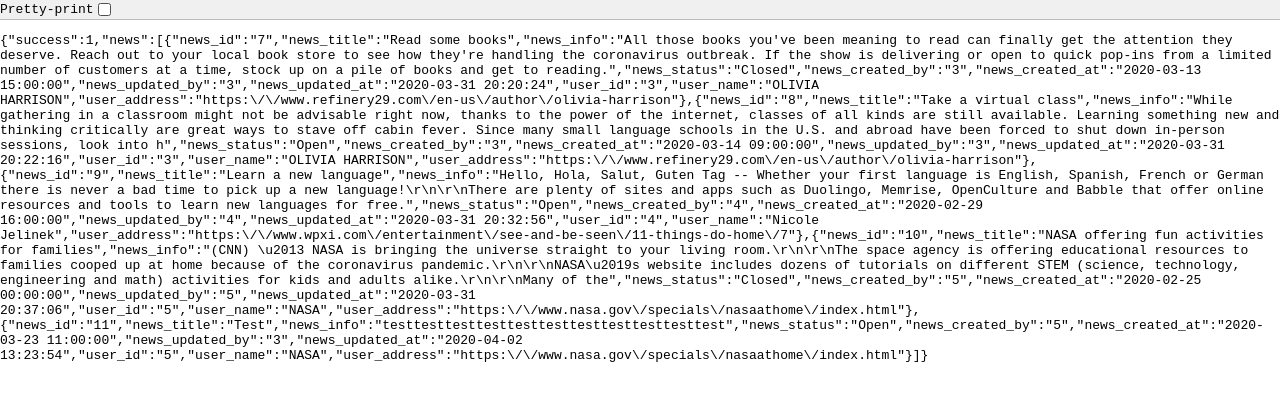
Repository: rubaabu/Fullstack-bitberry
Page: http://localhost/server/read.php
The author's editor kept a copy of each file at every save. The page is drawn from the files as they stood at one save, then again after the next save.
The browser window is 1280 px wide. The pictures show the whole page.
The page is run by PHP 8.4 with error messages shown; the project is at /var/www/html/. The database holds what the project's SQL file puts in it.

Above is the page before, as saved 2020-03-31 18:55:46.

### server/read.php
<?php
header("Access-Control-Allow-Origin: *");
header("Content-Type: application/json; charset=UTF-8");
header("Access-Control-Allow-Methods: GET");

require './DBsetup.php';


$allUsers = mysqli_query($conn,"SELECT * FROM news JOIN user ON news_created_by=user_id");

if(mysqli_num_rows($allUsers) > 0){
    $all_users = mysqli_fetch_all($allUsers,MYSQLI_ASSOC);
    echo json_encode(["success"=>1,"news"=>$all_users]);
}
else{
    echo json_encode(["success"=>0]);
}

### server/DBsetup.php
<?php

        $host = 'localhost';
        $db_name = 'covid-19';
        $username = 'root';
        $password = '';

        $conn= mysqli_connect($host, $username, $password, $db_name);
        if ($conn->connect_error) {
            $conn= null;
        }


?>

### server/DB/bitberry.sql (the tables this page reads)
CREATE TABLE `news` (
  `news_id` int(11) NOT NULL,
  `news_title` varchar(100) NOT NULL,
  `news_info` varchar(350) NOT NULL,
  `news_status` enum('Open','Closed') NOT NULL,
  `news_created_by` int(11) NOT NULL,
  `news_created_at` datetime NOT NULL,
  `news_updated_by` int(11) NOT NULL,
  `news_updated_at` timestamp NOT NULL DEFAULT current_timestamp() ON UPDATE current_timestamp()
) ENGINE=InnoDB DEFAULT CHARSET=utf8;

INSERT INTO `news` (`news_id`, `news_title`, `news_info`, `news_status`, `news_created_by`, `news_created_at`, `news_updated_by`, `news_updated_at`) VALUES
(7, 'Read some books', 'All those books you\'ve been meaning to read can finally get the attention they deserve. Reach out to your local book store to see how they\'re handling the coronavirus outbreak. If the show is delivering or open to quick pop-ins from a limited number of customers at a time, stock up on a pile of books and get to reading.', 'Closed', 3, '2020-03-13 15:00:00', 3, '2020-03-31 20:20:24'),
(8, 'Take a virtual class', 'While gathering in a classroom might not be advisable right now, thanks to the power of the internet, classes of all kinds are still available. Learning something new and thinking critically are great ways to stave off cabin fever. Since many small language schools in the U.S. and abroad have been forced to shut down in-person sessions, look into h', 'Open', 3, '2020-03-14 09:00:00', 3, '2020-03-31 20:22:16'),
(9, 'Learn a new language', 'Hello, Hola, Salut, Guten Tag -- Whether your first language is English, Spanish, French or German there is never a bad time to pick up a new language!\r\n\r\nThere are plenty of sites and apps such as Duolingo, Memrise, OpenCulture and Babble that offer online resources and tools to learn new languages for free.', 'Open', 4, '2020-02-29 16:00:00', 4, '2020-03-31 20:32:56'),
(10, 'NASA offering fun activities for families', '(CNN) – NASA is bringing the universe straight to your living room.\r\n\r\nThe space agency is offering educational resources to families cooped up at home because of the coronavirus pandemic.\r\n\r\nNASA’s website includes dozens of tutorials on different STEM (science, technology, engineering and math) activities for kids and adults alike.\r\n\r\nMany of the', 'Closed', 5, '2020-02-25 00:00:00', 5, '2020-03-31 20:37:06'),
(11, 'Test', 'testtesttesttesttesttesttesttesttesttesttest', 'Open', 5, '2020-03-23 11:00:00', 3, '2020-04-02 13:23:54');

ALTER TABLE `news`
  ADD PRIMARY KEY (`news_id`),
  ADD KEY `news_created_by` (`news_created_by`),
  ADD KEY `news_updated_by` (`news_updated_by`);

ALTER TABLE `news`
  MODIFY `news_id` int(11) NOT NULL AUTO_INCREMENT, AUTO_INCREMENT=12;

ALTER TABLE `news`
  ADD CONSTRAINT `news_ibfk_1` FOREIGN KEY (`news_created_by`) REFERENCES `user` (`user_id`),
  ADD CONSTRAINT `news_ibfk_2` FOREIGN KEY (`news_updated_by`) REFERENCES `user` (`user_id`);

CREATE TABLE `user` (
  `user_id` int(11) NOT NULL,
  `user_name` varchar(70) NOT NULL,
  `user_address` varchar(150) NOT NULL
) ENGINE=InnoDB DEFAULT CHARSET=utf8;

INSERT INTO `user` (`user_id`, `user_name`, `user_address`) VALUES
(3, 'OLIVIA HARRISON', 'https://www.refinery29.com/en-us/author/olivia-harrison'),
(4, 'Nicole Jelinek', 'https://www.wpxi.com/entertainment/see-and-be-seen/11-things-do-home/7'),
(5, 'NASA', 'https://www.nasa.gov/specials/nasaathome/index.html');

ALTER TABLE `user`
  ADD PRIMARY KEY (`user_id`);

ALTER TABLE `user`
  MODIFY `user_id` int(11) NOT NULL AUTO_INCREMENT, AUTO_INCREMENT=6;

### server/header.php
<?php

header("Access-Control-Allow-Origin: *");
header("Access-Control-Allow-Headers: access");

After the next save:
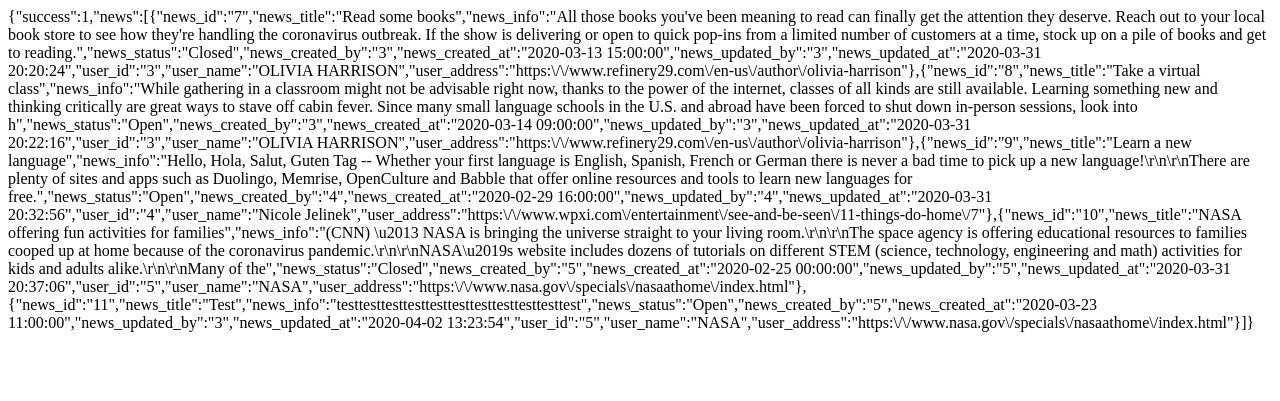
Saved 21 s later.
--- a/server/read.php
+++ b/server/read.php
@@ -1,6 +1,5 @@
 <?php
-header("Access-Control-Allow-Origin: *");
-header("Content-Type: application/json; charset=UTF-8");
+require './header.php';
 header("Access-Control-Allow-Methods: GET");
 
 require './DBsetup.php';

After the 2 saves that followed:
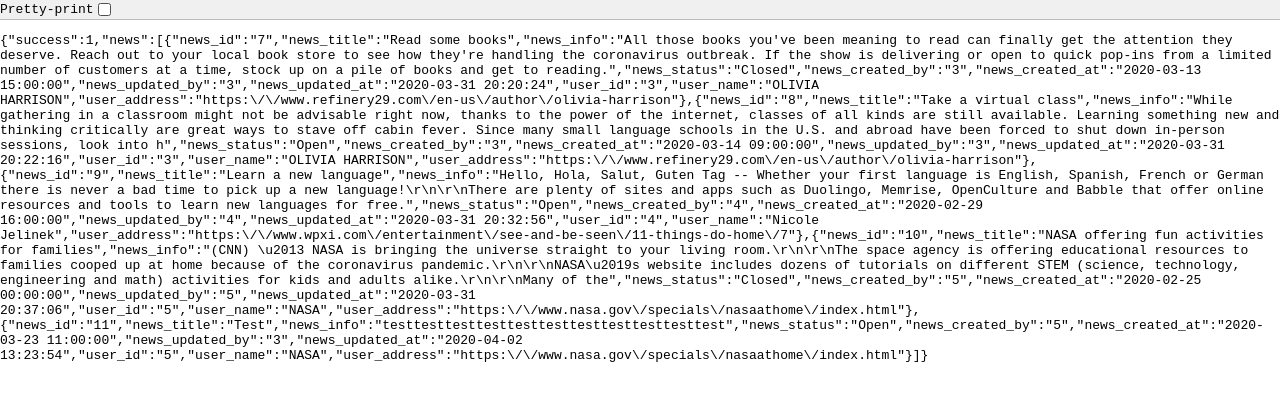
The 2 saves are shown as one change because 1 left the picture as it was.
The last was saved 83 s later.
--- a/server/read.php
+++ b/server/read.php
@@ -1,5 +1,5 @@
 <?php
-require './header.php';
+include_once './header.php';
 header("Access-Control-Allow-Methods: GET");
 
 require './DBsetup.php';
--- a/server/header.php
+++ b/server/header.php
@@ -2,3 +2,4 @@
 
 header("Access-Control-Allow-Origin: *");
 header("Access-Control-Allow-Headers: access");
+header("Content-Type: application/json; charset=UTF-8");
